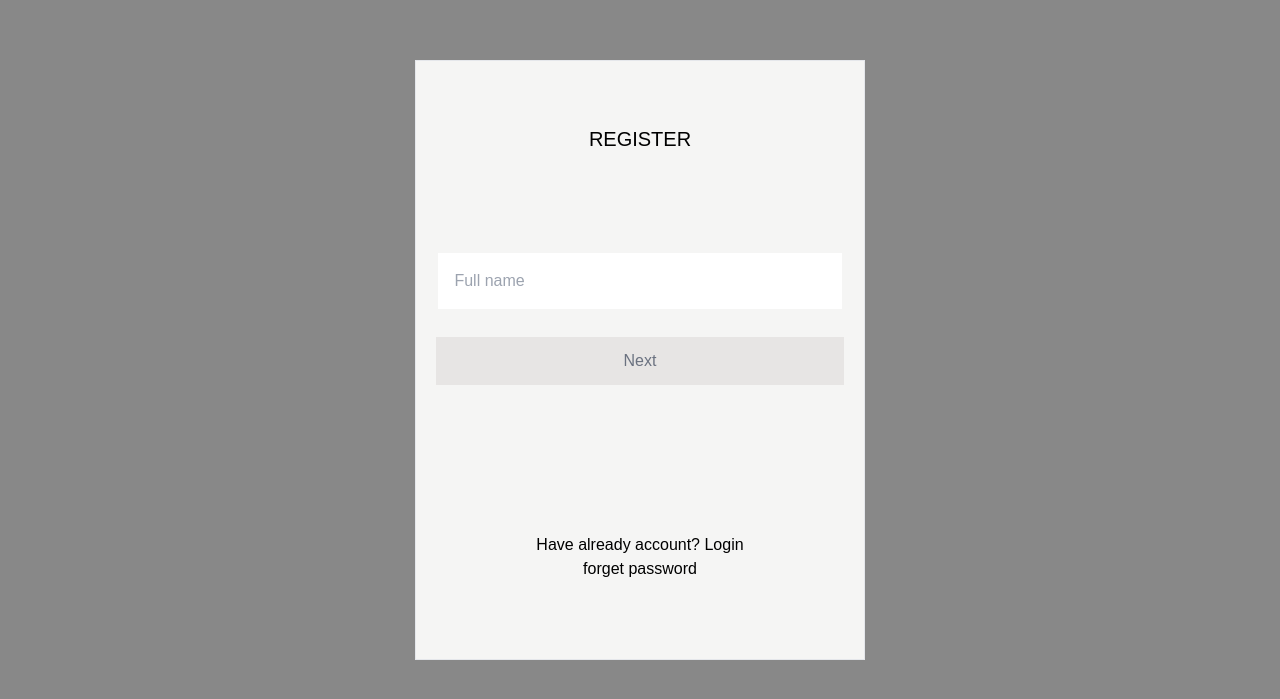
Repository: hsumyatm7308/oop-loginregister-php
Page: http://localhost/register.php
An editor plug-in stored every save of this project. The page is shown before and after the next save, followed by the edit.
The browser window is 1280 px wide. The pictures show the whole page.
Some web libraries are served in a nearby version. The page is run by PHP 8.4 with error messages shown; the project is at /var/www/html/.

Above is the page before, as saved 2023-08-01 17:48:25.

### register.php
<?php

if(isset($_POST['submit'])){
    $fullname =
    $name = $_POST["username"];

}


function textfilter($data){

}

?>


<!DOCTYPE html>
<html>

<head>
    <title>Login</title>

    <script src="https://cdn.tailwindcss.com"></script>
    <style>
        /* form .page {
            display: none;
        } */

        body {
            font-family: sans-serif;
            height: 100vh;
            background: #888;

            display: grid;
            place-items: center;
        }

        input.invalid {
            border: 1px dotted red;
        }
    </style>

</head>

<body class="w-screen h-screen  flex justify-center items-center">

    <div class="w-[450px] h-[600px] bg-stone-100 border flex items-center flex-col">
        <span id="prev" class="text-gray-500 self-start ml-8 mt-5" onclick="backnow(1)">Back</span>


        <h1 class="text-xl text-black uppercase mt-16">Register</h1>

        <form action="" method="post" id="form" class="w-full flex justify-center items-center flex-col mt-20">
            <div class="page w-full flex justify-center items-center mt-5 hidden">
                <input type="text" name="fullname" class="w-[90%] p-4 mb-2 focus:outline-none" placeholder="Full name">
            </div>
            <div class="page w-full flex justify-center items-center hidden">
                <input type="text" name="username" class="w-[90%] p-4 mb-2 focus:outline-none" placeholder="username">
            </div>
            <div class="page w-full flex justify-center items-center hidden">
                <input type="email" name="email" class="w-[90%] p-4 mb-2 focus:outline-none" placeholder="Email">
            </div>
            <div class="page w-full flex justify-center items-center hidden">
                <input type="text" name="address" class="w-[90%] p-4 mb-2 focus:outline-none" placeholder="Address">
            </div>
            <div class="page w-full flex justify-center items-center hidden">
                <input type="text" name="phone" class="w-[90%] p-4 mb-2 focus:outline-none" placeholder="Phone">
            </div>
            <div class="page w-full flex justify-center items-center hidden">
                <input type="password" name="password" class="w-[90%] p-4 mb-2 focus:outline-none"
                    placeholder="Password">
            </div>
            <div class="page w-full flex justify-center items-center hidden">
                <input type="password" name="comfirm" class="w-[90%] p-4 mb-2 focus:outline-none"
                    placeholder="Comfirm password">
            </div>



            <div class="w-full flex justify-center items-center">
                <button type="button" id="next"
                    class="w-full bg-stone-200 text-gray-500 p-3 m-5 hover:opacity-80 hover:text-gray-800"
                    onclick="gonow(1)">Next </button>
            </div>

        </form>


        <div id="footer" class="w-full flex justify-center items-center flex-col mt-32 hidden">
            <div>
                Have already account? <a href="">Login</a>
            </div>
            <div>forget password</div>
        </div>
    </div>

    <script src="./app.js"></script>
</body>

</html>

<!-- CREATE TABLE IF NOT EXISTS loginregister(
    id INT AUTO_INCREMENT NOT NULL PRIMARY KEY,
    fullname VARCHAR(255),
    username VARCHAR(255),
    email VARCHAR(255),
    address VARCHAR(255),
    phone VARCHAR(255),
    password  INT
    )
-->

### app.js
const getpages = document.getElementsByClassName('page');
console.log(getpages)
const getform = document.getElementById('form');
const prevbtn = document.getElementById('prev');
const nextbtn = document.getElementById('next');
const footer = document.getElementById('footer');

var datas = [];
var objkeys = ["fullname", "username", "email", "address", "password", "comfirm"];


var curidx = 0;

showpage(curidx);

function showpage(num) {


    getpages[num].classList.remove('hidden');

    console.log(getpages[num]);

    num === 0 ? (prevbtn.style.display = "none") : (prevbtn.style.display = "block");
    num === 0 ? (footer.classList.remove('hidden')) : (footer.classList.add('hidden'));

    num === getpages.length - 1 ? (nextbtn.textContent = 'Submit') : (nextbtn.textContent = 'Next');
}


function backnow(num){

    curidx--;
    console.log(curidx)
    // getpages[curidx ].classList.add('hidden');
    getpages[curidx+1].classList.add('hidden');


    showpage(curidx)
}

function gonow(num) {



    if (num === 1 && !formvalid()) return false;
    curidx++;
    console.log(curidx)
    getpages[curidx - 1].classList.add('hidden');

    if (curidx >= getpages.length - 1) {
        nextbtn.style.direction = "none";
        getform.submit();

    }
    showpage(curidx)

}

function* yeildfun() {
    var index = 0;

    while (index < objkeys.length) {
        yield function () {
            index++;
        }
    }
}

let gen = yeildfun();

function formvalid() {
    var valid = true;
    var getcurrinput = getpages[curidx].getElementsByTagName('input');
    // console.log(getcurrinput);
    // console.log(getcurrinput[0].value);

    for (var x = 0; x < getcurrinput.length; x++) {
        // console.log(getcurrinput[x].value);
        if (getcurrinput[x].value === '') {
            getcurrinput[x].classList.add('invalid');
            valid = false;
        } else {

            const keys = objkeys[gen.next().value];
            const values = getcurrinput[x].value;
            datas.push({ [keys]: values });
        }

    }

    return valid;

}

After the next save:
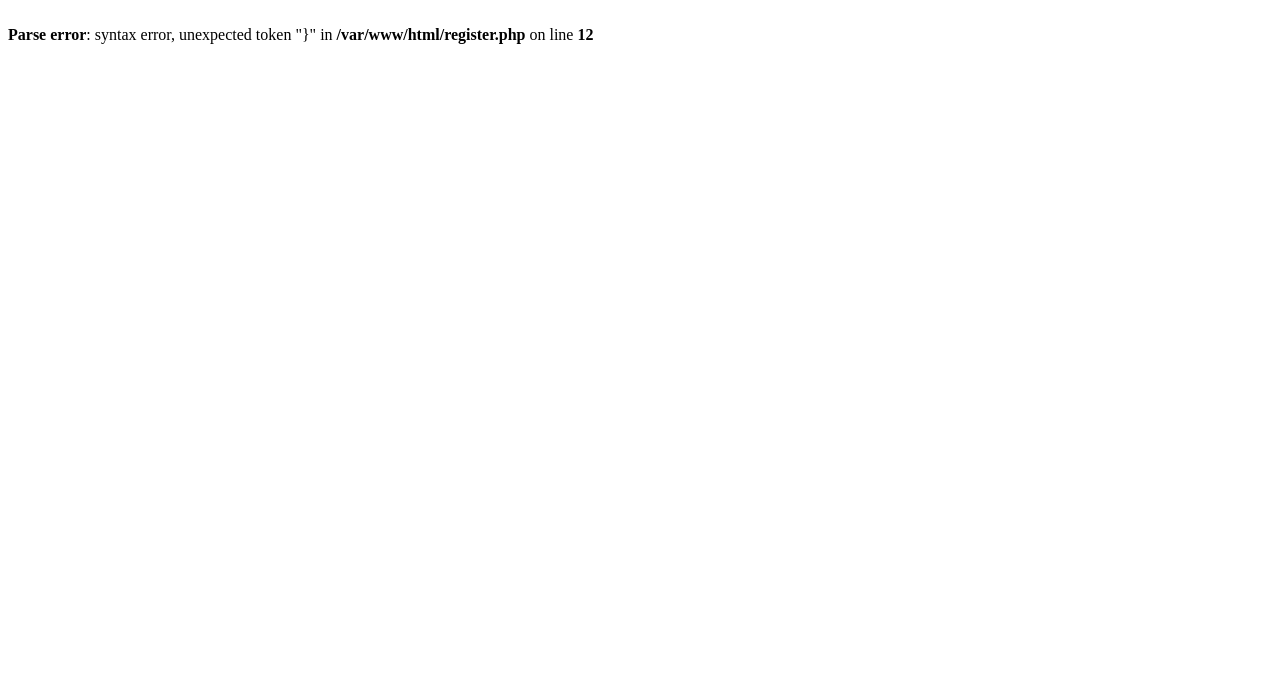
Saved 4 s later.
--- a/register.php
+++ b/register.php
@@ -8,7 +8,7 @@
 
 
 function textfilter($data){
-
+   $data
 }
 
 ?>

After the save that followed:
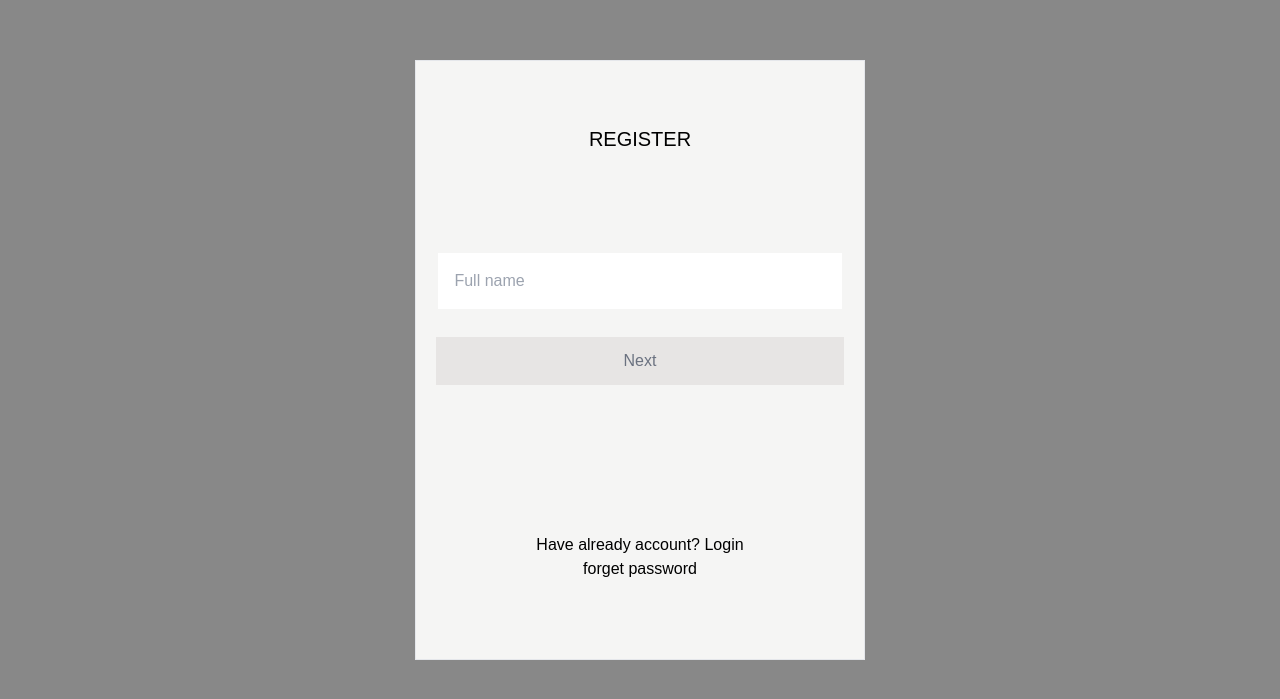
Saved 103 s later.
--- a/register.php
+++ b/register.php
@@ -8,7 +8,9 @@
 
 
 function textfilter($data){
-   $data
+   $data = trim($data);
+   $data = htmlspecialchars($data);
+   $data = stripcslashes($data);
 }
 
 ?>
